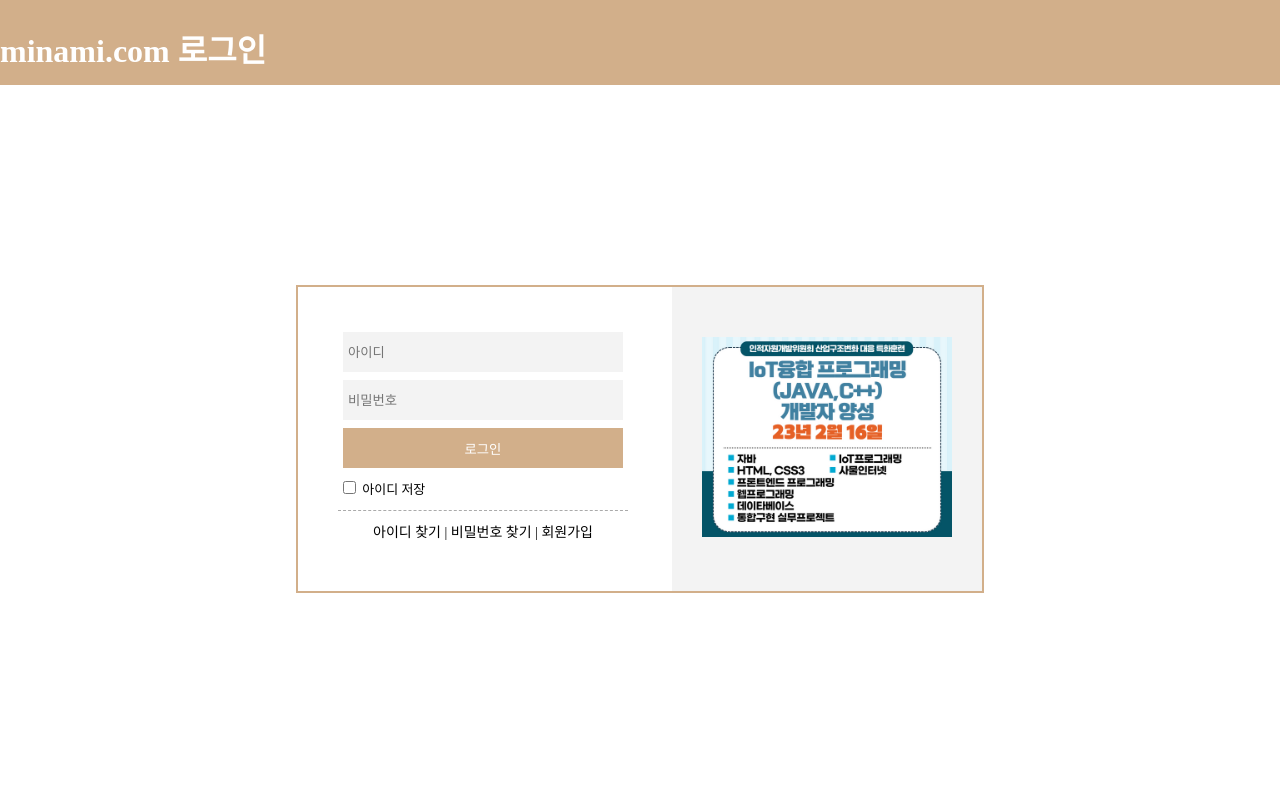
Repository: Minami0717/JSP_Study
Page: http://localhost/JSP_Gall/jsp/loginForm.jsp
An editor plug-in stored every save of this project. The page is shown before and after the next save, followed by the edit.
The browser window is 1280 px wide. The pictures show the whole page.
The page is served by Tomcat 9. Other server files are loaded and not shown.

Above is the page before, as saved 2023-02-15 07:05:29.

### JSP_Gall/src/main/webapp/jsp/loginForm.jsp
<%@ page language="java" contentType="text/html; charset=UTF-8"
    pageEncoding="UTF-8"%>
<!DOCTYPE html>
<%
	String url = request.getParameter("url");
%>
<html>
<head>
<meta charset="UTF-8">
<title>Insert title here</title>
<style>
	* {margin: 0; padding: 0;}
	header {background: #d2af8a; height: 85px;}
	header a {color: white;}
	header a:hover {text-decoration: none;}
	h1 {position: absolute; top: 25px;}
	div[align=center] {display: inline-block; border: 2px solid #d2af8a; margin: 200px auto; font-size: 13px; width: 684px;}
	div[align=center] > div {float: right; background: #f3f3f3; padding: 50px 30px;}
	form {float: left; padding: 40px;}
	form div {border-top: 1px dashed #aaa; padding: 10px 0; font-size: 14px;}
	body {text-align: center;}
	input {margin: 3px;}
	.input {width: 270px; height: 40px; background: #f3f3f3; border: none; padding: 0 5px;}
	#login {width: 280px; height: 40px; background-color: #d2af8a;
	color: white; border: none; cursor: pointer;}
	.button {height: 30px;}
	a {text-decoration: none; color: black;}
	a:hover {text-decoration: underline;}
	img {width: 250px;}
	table tr:last-child td {padding: 5px 0 10px;}
</style>
</head>
<body>
	<header>
		<h1 align=left><a href=main.jsp>minami.com</a> <a href=>로그인</a></h1>
	</header>
	<div align=center>
		<form action="checkID.jsp?url=<%= url %>" method=post>
			<table>
				<tr>
					<td><input type=text placeholder="아이디" class=input name=code></td>
				</tr>
				<tr>
					<td><input type=password placeholder="비밀번호" class=input name=pw></td>
				</tr>
				<tr>
					<td><input type=submit value=로그인 id=login></td>
				</tr>
				<tr>
					<td><input type="checkbox"> 아이디 저장</td>
				</tr>
			</table>
			<div>
				<a href=#>아이디 찾기</a> | <a href=#>비밀번호 찾기</a> | <a href=joinForm.jsp>회원가입</a>
			</div>
		</form>
		<div>
			<a href=http://www.kcd.or.kr><img src=image/banner1.png></a>
		</div>
	</div>
</body>
</html>

After the next save:
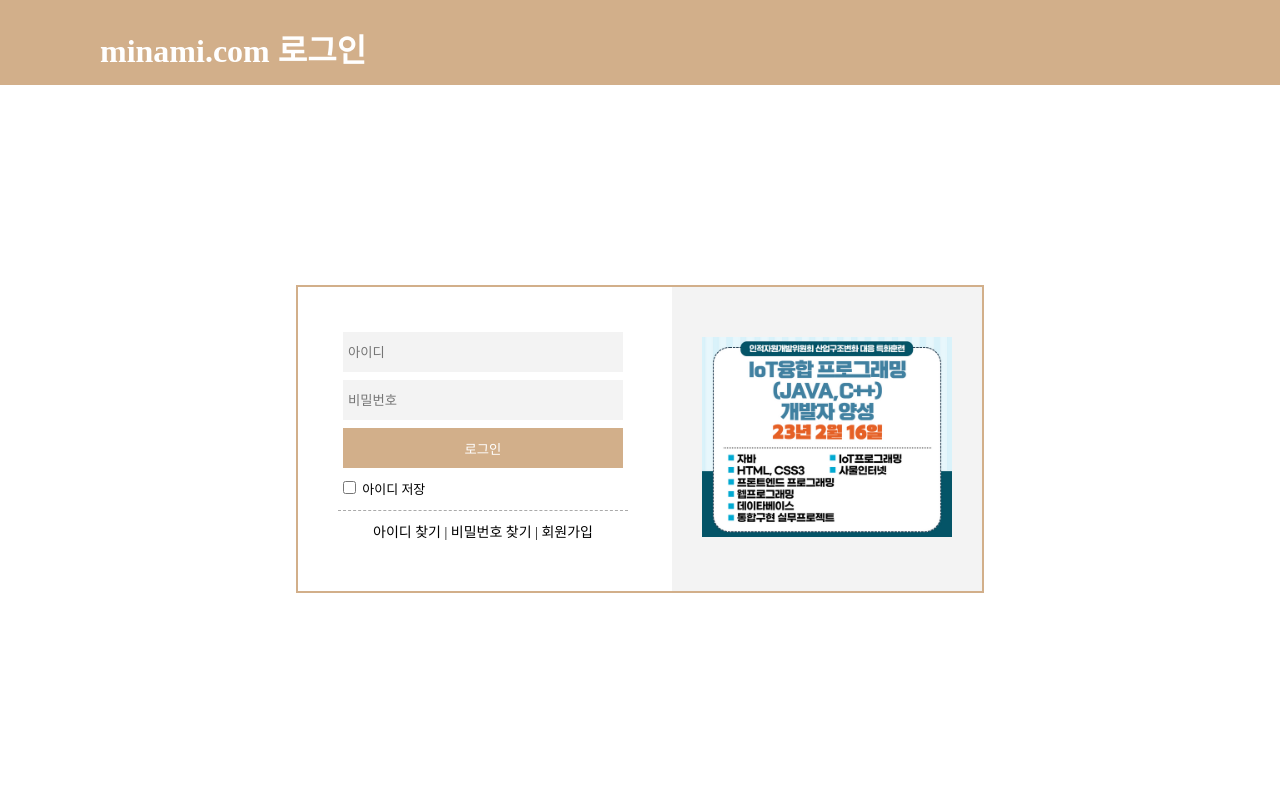
Saved 32 s later.
--- a/JSP_Gall/src/main/webapp/jsp/loginForm.jsp
+++ b/JSP_Gall/src/main/webapp/jsp/loginForm.jsp
@@ -13,7 +13,7 @@
 	header {background: #d2af8a; height: 85px;}
 	header a {color: white;}
 	header a:hover {text-decoration: none;}
-	h1 {position: absolute; top: 25px;}
+	h1 {position: absolute; top: 25px; left: 100px;}
 	div[align=center] {display: inline-block; border: 2px solid #d2af8a; margin: 200px auto; font-size: 13px; width: 684px;}
 	div[align=center] > div {float: right; background: #f3f3f3; padding: 50px 30px;}
 	form {float: left; padding: 40px;}
